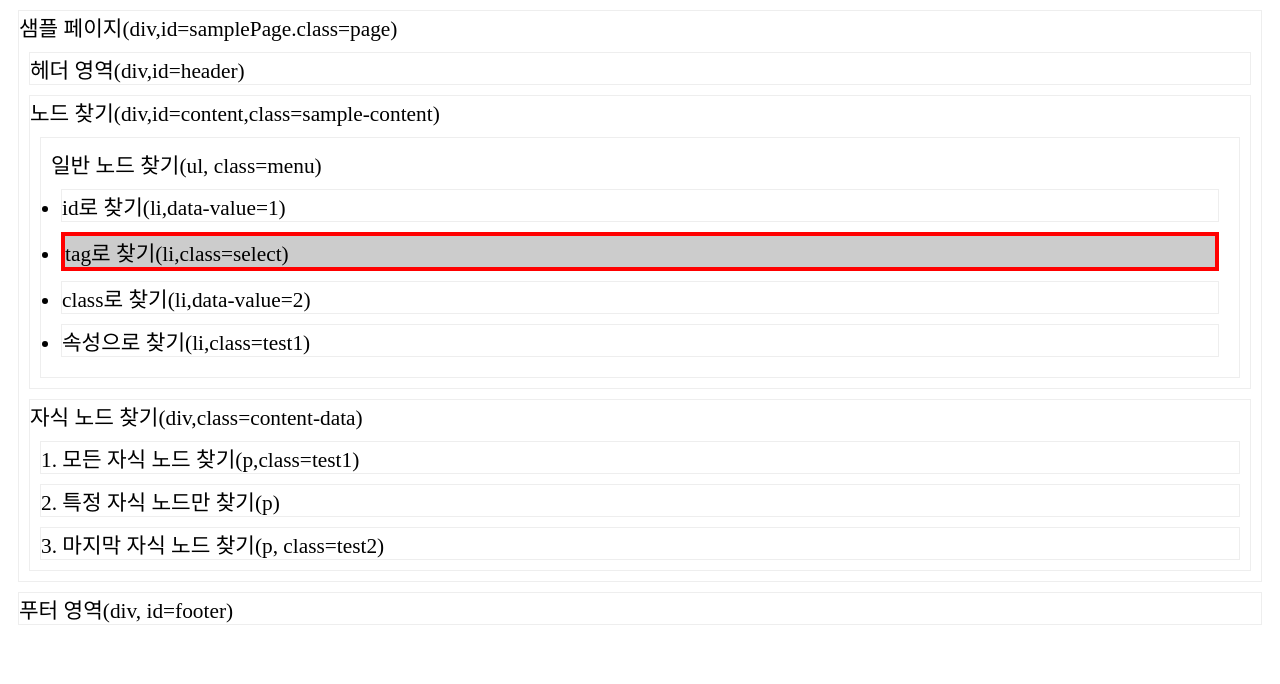
Repository: swc0516s/EZEN-JS
Page: JavaScript Workspace Lecture/JavaScript_jQuery_03/WebContent/Chapter01/1_05_1.html
An editor plug-in stored every save of this project. The page is shown before and after the next save, followed by the edit.
The browser window is 1280 px wide. The pictures show the whole page.

Above is the page before, as saved 2022-03-17 03:27:31.

### JavaScript Workspace Lecture/JavaScript_jQuery_03/WebContent/Chapter01/1_05_1.html
<!DOCTYPE html>
<html>
<head>
<meta charset="UTF-8">
<title>Insert title here</title>
<style type="text/css">
body {
	font-size: 16pt;
	font-family: "굴림";
}

div, p, ul, li {
	border: 1px #eeeeee solid;
	margin: 10px;
}

ul {
	padding: 10px;
}

li.select {
	background-color: #ccc;
}
</style>
<script type="text/javascript" src="../libs/jquery-3.6.0.min.js"></script>
<script type="text/javascript">
	// 문서에서 클래스가 적용된 모든 노드를 찾아 border를 4px solid #f00 으로 변경
	/*
	window.onload = function() {
		var header = document.getElementById("header");
		header.style.border = "4px solid #f00";
	}*/
	$(document).ready(function() {
		$("ul.menu li.select").css("border", "4px solid #ff0000");
	});
</script>
</head>
<body>
	<div id="sample" class="page">
		샘플 페이지(div,id=samplePage.class=page)
		<div id="header">헤더 영역(div,id=header)</div>
		<div id="content" class="sample-content">
			노드 찾기(div,id=content,class=sample-content)
			<ul class="menu">
				일반 노드 찾기(ul, class=menu)
				<li data-value="1">id로 찾기(li,data-value=1)</li>
				<li class="select">tag로 찾기(li,class=select)</li>
				<li data-value="2">class로 찾기(li,data-value=2)</li>
				<li class="test1">속성으로 찾기(li,class=test1)</li>
			</ul>
		</div>
		<div class="content-data">
			자식 노드 찾기(div,class=content-data)
			<p class="test1">1. 모든 자식 노드 찾기(p,class=test1)</p>
			<p>2. 특정 자식 노드만 찾기(p)</p>
			<p class="test2">3. 마지막 자식 노드 찾기(p, class=test2)</p>
		</div>
	</div>
	<div id="footer">푸터 영역(div, id=footer)</div>
</body>
</html>

Loaded but not shown: JavaScript Workspace Lecture/JavaScript_jQuery_03/WebContent/libs/jquery-3.6.0.min.js (library)

After the next save:
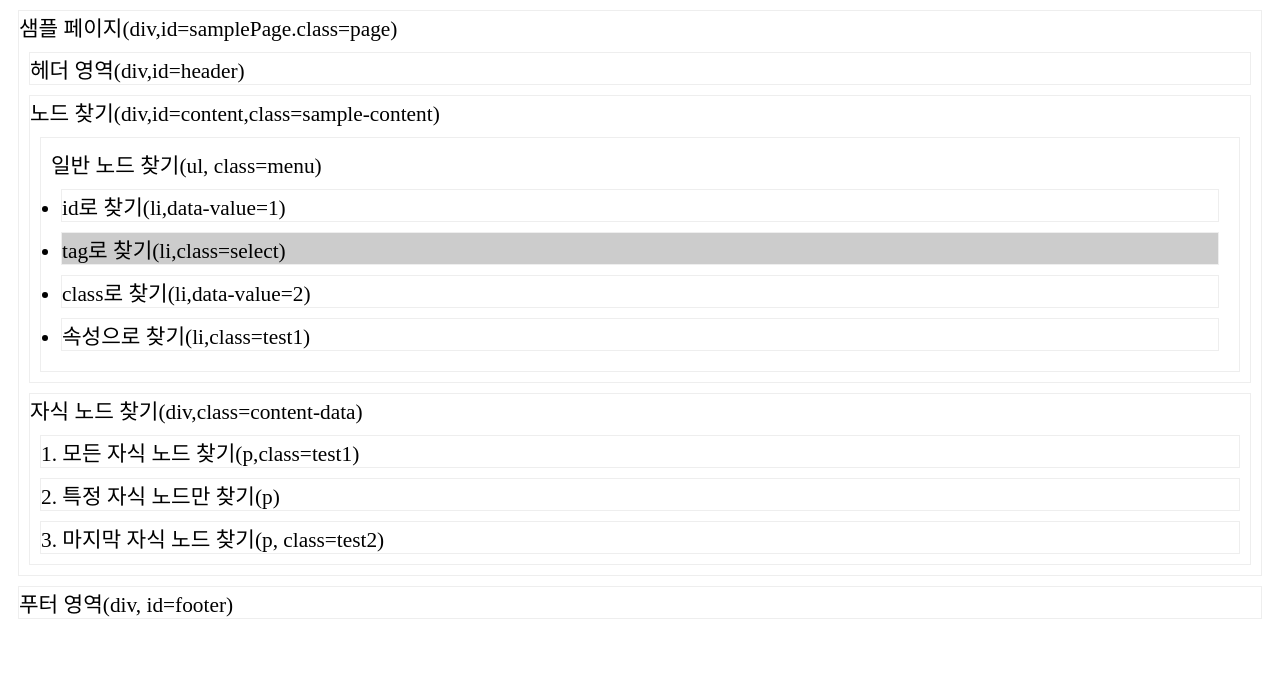
Console error (its wording comes from the project's code and is left out).
Saved 5 s later.
--- a/JavaScript Workspace Lecture/JavaScript_jQuery_03/WebContent/Chapter01/1_05_1.html
+++ b/JavaScript Workspace Lecture/JavaScript_jQuery_03/WebContent/Chapter01/1_05_1.html
@@ -31,7 +31,7 @@
 		header.style.border = "4px solid #f00";
 	}*/
 	$(document).ready(function() {
-		$("ul.menu li.select").css("border", "4px solid #ff0000");
+		$(".").css("border", "4px solid #ff0000");
 	});
 </script>
 </head>

After the 4 saves that followed:
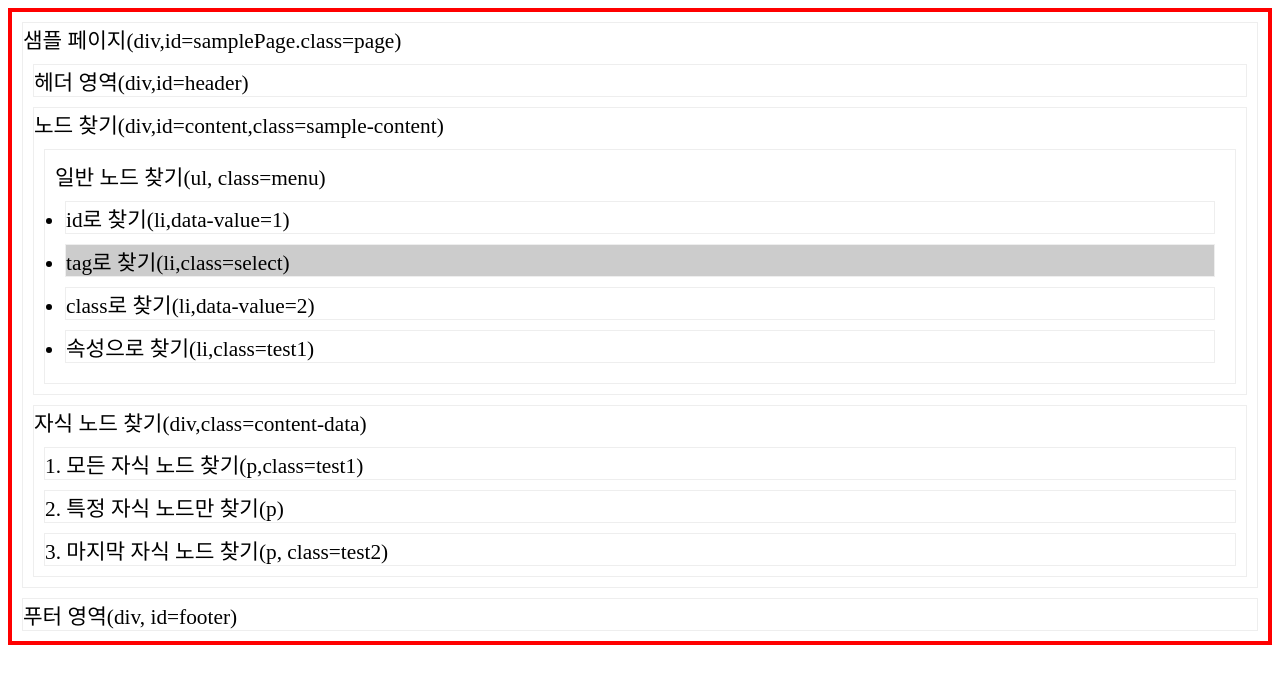
The error is gone.
The 4 saves are shown as one change because 3 left the picture as it was.
The last was saved 33 s later.
--- a/JavaScript Workspace Lecture/JavaScript_jQuery_03/WebContent/Chapter01/1_05_1.html
+++ b/JavaScript Workspace Lecture/JavaScript_jQuery_03/WebContent/Chapter01/1_05_1.html
@@ -31,7 +31,7 @@
 		header.style.border = "4px solid #f00";
 	}*/
 	$(document).ready(function() {
-		$(".").css("border", "4px solid #ff0000");
+		$("body").css("border", "4px solid #ff0000");
 	});
 </script>
 </head>
